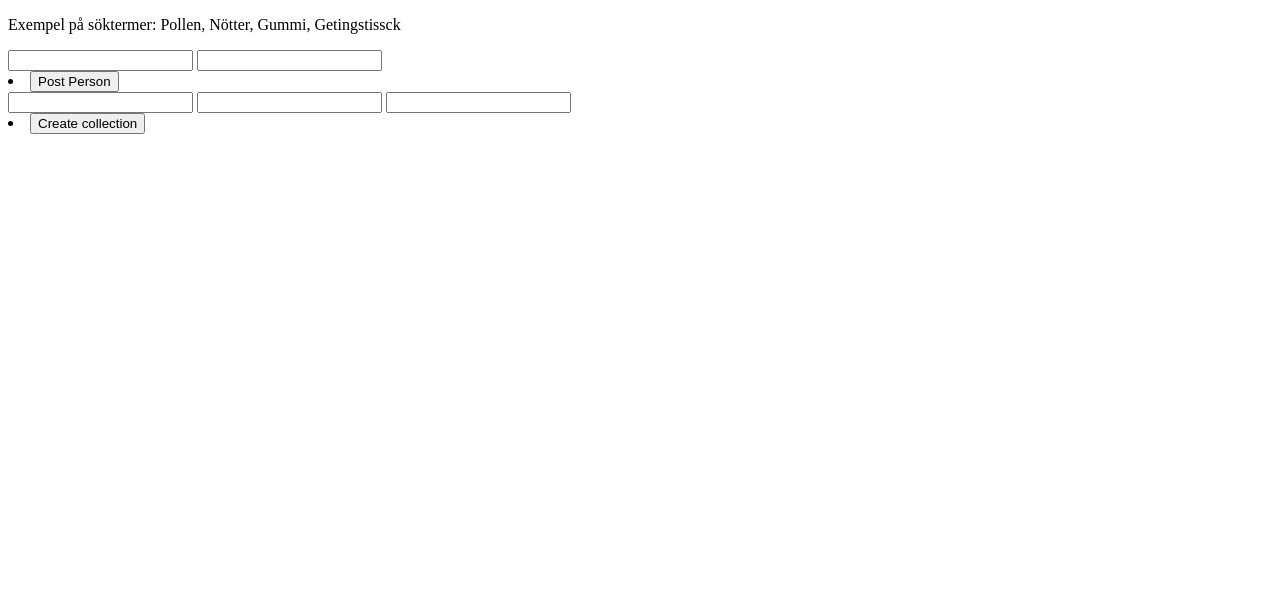
Repository: Dazing/MedImager
Page: server/ExaminationServer/ExaminationServer/src/main/webapp/indexTemp.html
An editor plug-in stored every save of this project. The page is shown before and after the next save, followed by the edit.
The browser window is 1280 px wide. The pictures show the whole page.
Some web libraries are served in a nearby version.

Above is the page before, as saved 2017-04-05 12:48:04.

### server/ExaminationServer/ExaminationServer/src/main/webapp/indexTemp.html
<!DOCTYPE html>
<html>
<head>
<meta charset="UTF-8">
<title>Insert title here</title>
<script src="https://ajax.googleapis.com/ajax/libs/jquery/3.1.1/jquery.min.js"></script>
<script>
var ctxPath = "examData";
$(function(){
    $("#postPerson, #postMessage").on("click", function(){
        $.ajax({
            url: ctxPath+"/api/collection",
            type: "POST",
            data: '{"examinationID":"' + $(examinationID).val() + '", "index":"' + $(index).val() + '"}',
            contentType: "application/json",
            cache: false,
            dataType: "text"
        });
    });
    $("#createCollection").on("click", function(){
        $.ajax({
            url: ctxPath+"/api/addcollection",
            type: "POST",
            data: '{"userID":' + $(userID).val() + ', "collectionName":"' + $(collectionName).val() + '", "collectionDescr":"' + $(collectionDescr).val() + '"}',
            contentType: "application/json",
            cache: false,
            dataType: "text"
        });
    });
});
</script>

</head>
<body>
<p> Exempel på söktermer: Pollen, Nötter, Gummi, Getingstissck</p>
<input type=text id="examinationID">
<input type=text id="index">
<li><button id="postPerson">Post Person</button></li>
<input type=text id="userID">
<input type=text id="collectionName">
<input type=text id="collectionDescr">
<li><button id="createCollection">Create collection</button></li>
<div id="imgContainer">
</div>
</body>
</html>

After the next save:
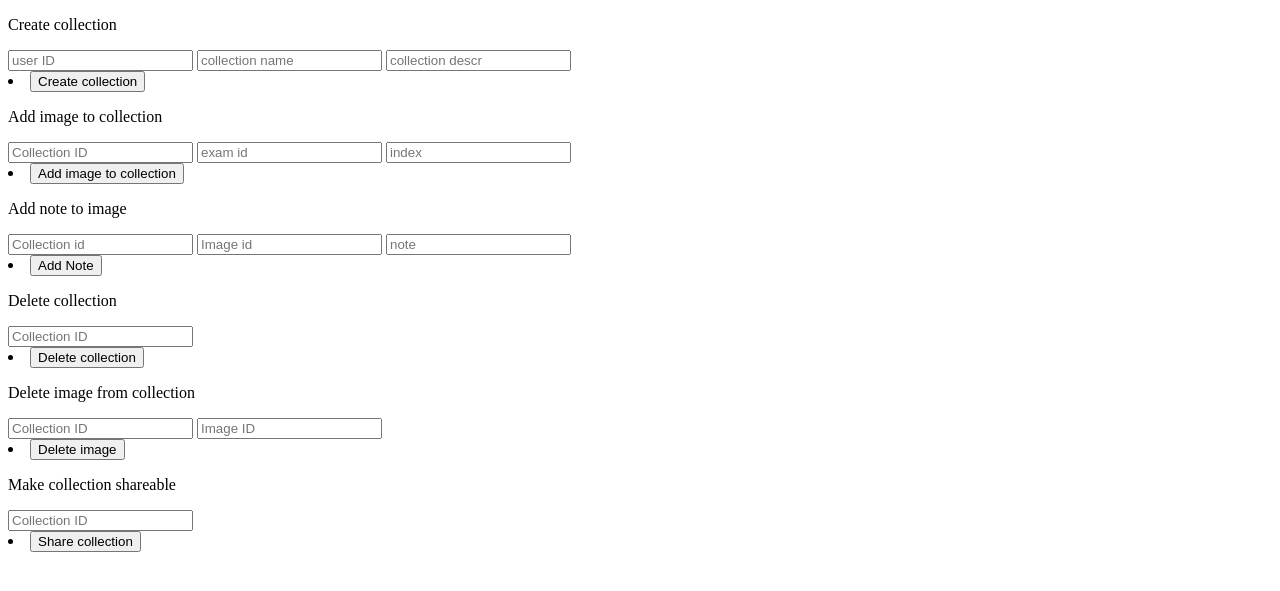
Saved 2 h 17 min later.
--- a/server/ExaminationServer/ExaminationServer/src/main/webapp/indexTemp.html
+++ b/server/ExaminationServer/ExaminationServer/src/main/webapp/indexTemp.html
@@ -9,7 +9,7 @@ var ctxPath = "examData";
 $(function(){
     $("#postPerson, #postMessage").on("click", function(){
         $.ajax({
-            url: ctxPath+"/api/collection",
+            url: ctxPath+"/api/collection/"+$(collectionID).val(),
             type: "POST",
             data: '{"examinationID":"' + $(examinationID).val() + '", "index":"' + $(index).val() + '"}',
             contentType: "application/json",
@@ -19,9 +19,49 @@ $(function(){
     });
     $("#createCollection").on("click", function(){
         $.ajax({
-            url: ctxPath+"/api/addcollection",
+            url: ctxPath+"/api/collection",
             type: "POST",
-            data: '{"userID":' + $(userID).val() + ', "collectionName":"' + $(collectionName).val() + '", "collectionDescr":"' + $(collectionDescr).val() + '"}',
+            data: '{"userID":"' + $(userID).val() + '", "collectionName":"' + $(collectionName).val() + '", "collectionDescr":"' + $(collectionDescr).val() + '"}',
+            contentType: "application/json",
+            cache: false,
+            dataType: "text"
+        });
+    });
+    $("#addNote").on("click", function(){
+        $.ajax({
+            url: ctxPath+"/api/collection",
+            type: "PUT",
+            data: '{"note":"'+$(note).val()+'", "collectionID":"'+$(noteCollectionID).val() +'", "collectionitemID":"'+$(noteCollectionitemID).val()+'"}',
+            contentType: "application/json",
+            cache: false,
+            dataType: "text"
+        });
+    });
+    $("#makeShareable").on("click", function(){
+        $.ajax({
+            url: ctxPath+"/api/collection/share",
+            type: "PUT",
+            data: '{ "collectionID":"'+$(shareCollectionID).val() +'"}',
+            contentType: "application/json",
+            cache: false,
+            dataType: "text"
+        });
+    });
+    $("#deleteCollection").on("click", function(){
+        $.ajax({
+            url: ctxPath+"/api/collection",
+            type: "DELETE",
+            data: '{"collectionID":"'+$(deleteCollectionID).val()+'"}',
+            contentType: "application/json",
+            cache: false,
+            dataType: "text"
+        });
+    });
+    $("#deleteImage").on("click", function(){
+        $.ajax({
+            url: ctxPath+"/api/collection/"+$(deleteImageCollectionID).val(),
+            type: "DELETE",
+            data: '{"collectionitemID":"'+$(deleteImageImageID).val()+'"}',
             contentType: "application/json",
             cache: false,
             dataType: "text"
@@ -32,15 +72,31 @@ $(function(){
 
 </head>
 <body>
-<p> Exempel på söktermer: Pollen, Nötter, Gummi, Getingstissck</p>
-<input type=text id="examinationID">
-<input type=text id="index">
-<li><button id="postPerson">Post Person</button></li>
-<input type=text id="userID">
-<input type=text id="collectionName">
-<input type=text id="collectionDescr">
+<p> Create collection</p>
+<input type=text id="userID" placeholder="user ID">
+<input type=text id="collectionName" placeholder="collection name">
+<input type=text id="collectionDescr" placeholder="collection descr">
 <li><button id="createCollection">Create collection</button></li>
-<div id="imgContainer">
+<p> Add image to collection</p>
+<input type=text id="collectionID" placeholder="Collection ID">
+<input type=text id="examinationID" placeholder="exam id">
+<input type=text id="index" placeholder="index">
+<li><button id="postPerson">Add image to collection</button></li>
+<p> Add note to image</p>
+<input type=text id="noteCollectionID" placeholder="Collection id">
+<input type=text id="noteCollectionitemID" placeholder="Image id">
+<input type=text id="note" placeholder="note">
+<li><button id="addNote">Add Note</button></li>
+<p> Delete collection</p>
+<input type=text id="deleteCollectionID" placeholder="Collection ID">
+<li><button id="deleteCollection">Delete collection</button></li>
+<p> Delete image from collection</p>
+<input type=text id="deleteImageCollectionID" placeholder="Collection ID">
+<input type=text id="deleteImageImageID" placeholder="Image ID">
+<li><button id="deleteImage">Delete image</button></li>
+<p> Make collection shareable</p>
+<input type=text id="shareCollectionID" placeholder="Collection ID">
+<li><button id="makeShareable">Share collection</button></li>
 </div>
 </body>
 </html>
